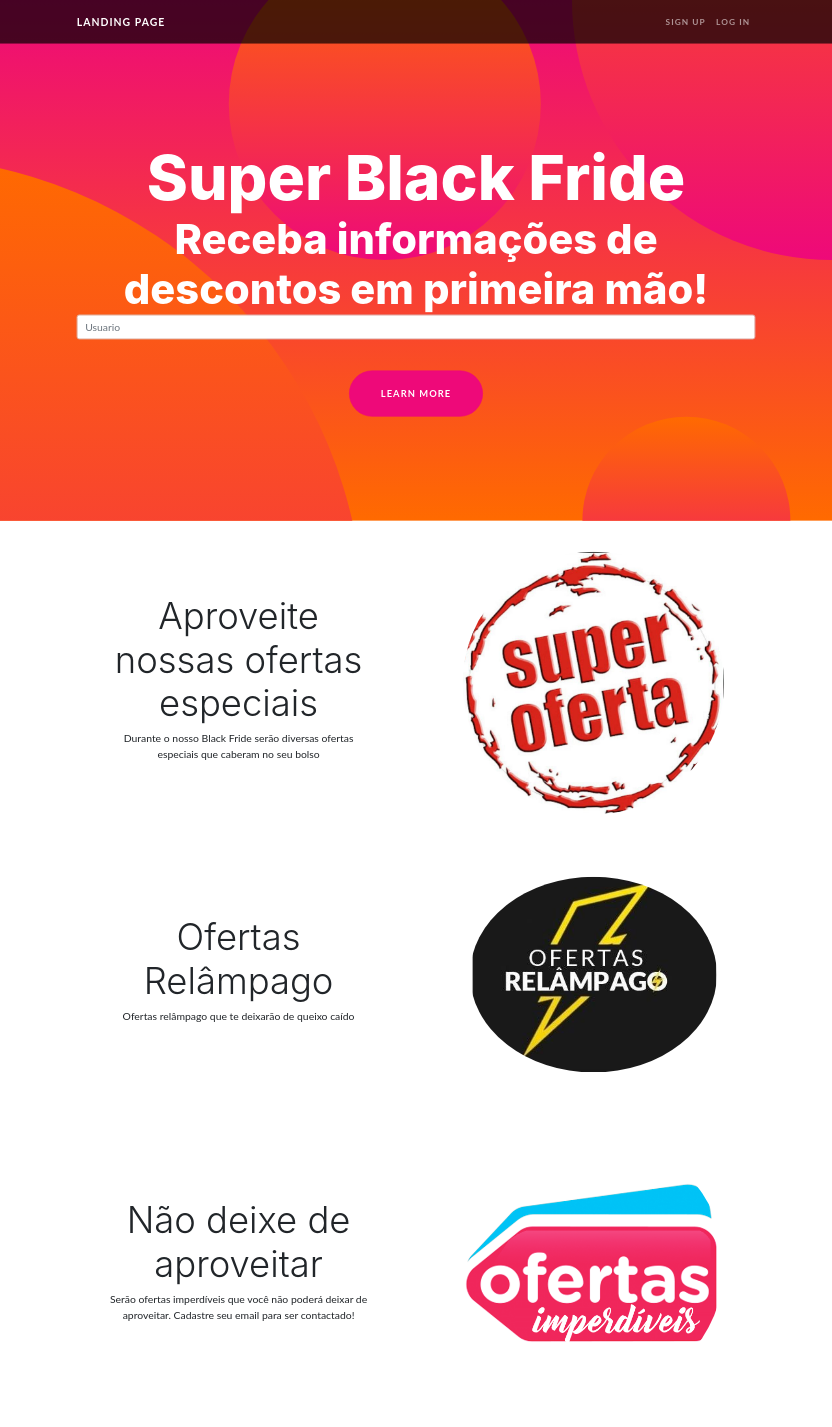
Repository: jrfalcao/landing-page
Page: /
An editor plug-in stored every save of this project. The page is shown before and after the next save, followed by the edit.
The browser window is 1280 px wide. The pictures show the whole page, at 65% of full size.
The project was rebuilt for these pictures with package versions that can differ from the ones it lists, and the page was loaded fresh each time.

Above is the page before, as saved 2021-07-18 17:09:28.

### src/App.js
import NavBar from './Components/NavBar';
import Header from './Components/Header';
import Promotion from './Components/Promotion';

import './assets/css/App.css';
import Image01 from './assets/img/super_oferta.jpg'
import Image02 from './assets/img/oferta_relampago.jpg'
import Image03 from './assets/img/ofertas_imperdiveis.png'


function App() {
  return (
    <div className="App">
      <NavBar />
      <Header />
      <Promotion
        imageDir={true}
        imgUrl={Image01}
        promoTitle="Aproveite nossas ofertas especiais"
        description="Durante o nosso Black Fride serão diversas ofertas especiais que caberam no seu bolso"
      />
      <Promotion
        imageDir={true}
        imgUrl={Image02}
        promoTitle="Ofertas Relâmpago"
        description="Ofertas relâmpago que te deixarão de queixo caído"
      />
      <Promotion
        imageDir={true}
        imgUrl={Image03}
        promoTitle="Não deixe de aproveitar"
        description="Serão ofertas imperdíveis que você não poderá deixar de aproveitar. Cadastre seu email para ser contactado!"
      />
    </div>
  );
}

export default App;

### src/Components/NavBar.js
export default function NavBar() {
	return (
		<nav className="navbar navbar-expand-lg navbar-dark navbar-custom fixed-top">
			<div className="container px-5">
				<a className="navbar-brand" href="#page-top">Landing Page</a>
				<button className="navbar-toggler" type="button" data-bs-toggle="collapse" data-bs-target="#navbarResponsive" aria-controls="navbarResponsive" aria-expanded="false" aria-label="Toggle navigation"><span class="navbar-toggler-icon"></span></button>
				<div className="collapse navbar-collapse" id="navbarResponsive">
					<ul className="navbar-nav ms-auto">
						<li className="nav-item"><a class="nav-link" href="#!">Sign Up</a></li>
						<li className="nav-item"><a class="nav-link" href="#!">Log In</a></li>
					</ul>
				</div>
			</div>
		</nav>
	);
}

### src/Components/Header.js
import React, {useState} from 'react';

export default function Header() {
	const [ email, setEmail ] = useState('');

	return (
		<header className="masthead text-center text-white">
			<div className="masthead-content">
				<div className="container px-5">
					<h1 className="masthead-heading mb-0">Super Black Fride</h1>
					<h3 className="masthead-subheading mb-0">Receba informações de descontos em primeira mão!</h3>
					<input className="form-control" value={email} placeholder="Usuario" onChange={ e => setEmail(e.target.value)} />
					<a className="btn btn-primary btn-xl rounded-pill mt-5" href="#scroll">Learn More</a>
				</div>
			</div>
			<div className="bg-circle-1 bg-circle"></div>
			<div className="bg-circle-2 bg-circle"></div>
			<div className="bg-circle-3 bg-circle"></div>
			<div className="bg-circle-4 bg-circle"></div>
		</header>
	);
}

### src/Components/Promotion.js
import React from 'react';

export default function Promotion(props) {
	return (
		<section id="scroll">
			<div className="container px-5">
				<div className="row gx-5 align-items-center">
					<div className={props.imageDir ? "col-lg-6 order-lg-2" : 'col-lg-6'}>
						<div className="p-5"><img class="img-fluid rounded-circle" src={props.imgUrl} alt={props.promoTitle} /></div>
					</div>
					<div className={props.imageDir ? "col-lg-6 order-lg-1" : 'col-lg-6'}>
						<div className="p-5">
							<h2 className="display-4">{props.promoTitle}</h2>
							<p>{props.description}</p>
						</div>
					</div>
				</div>
			</div>
		</section>
	);
}

Loaded but not shown: public/index.html (common file); src/index.js (common file); src/index.css (library); src/reportWebVitals.js (common file); src/assets/css/App.css (common file)

After the next save:
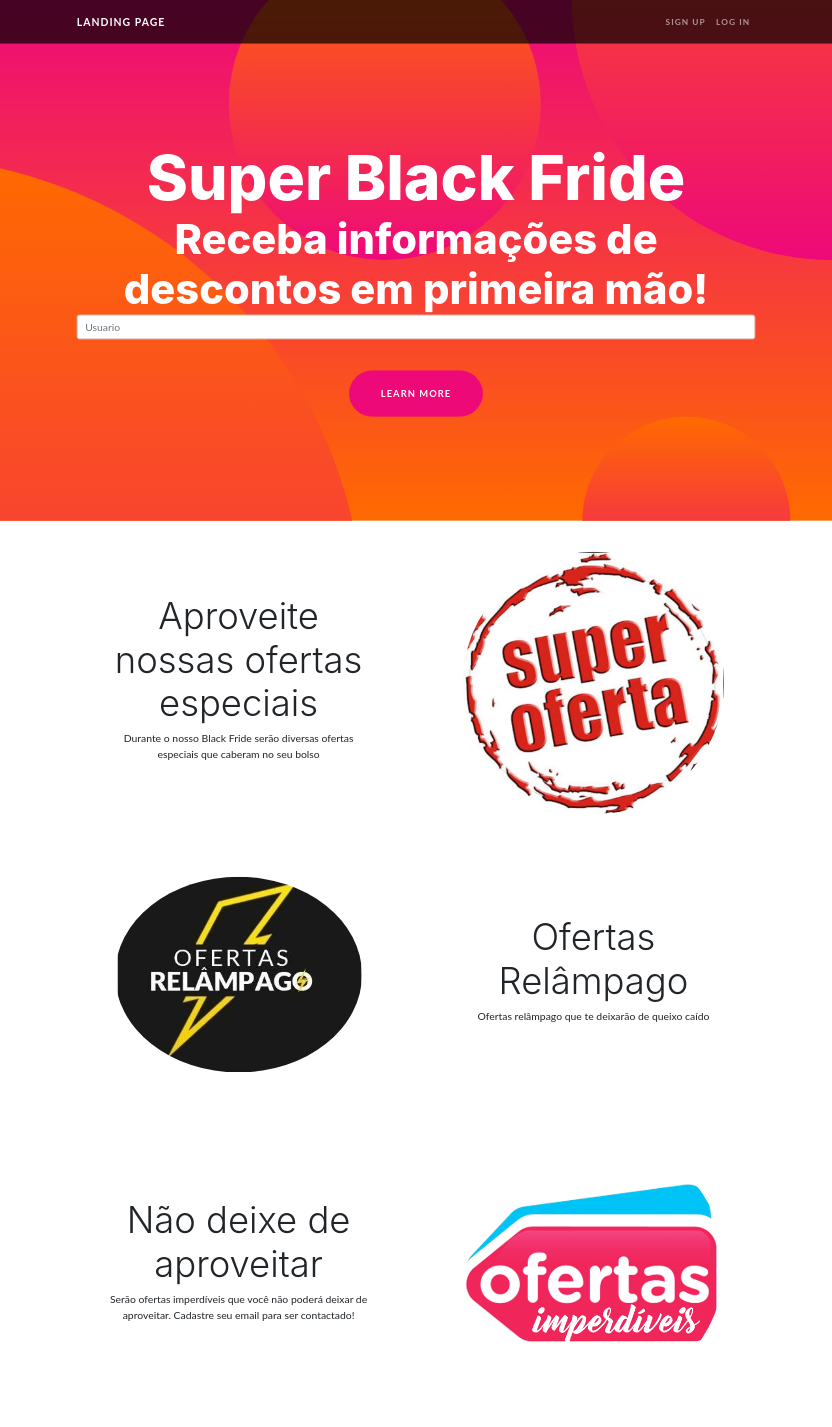
Saved 18 s later.
--- a/src/App.js
+++ b/src/App.js
@@ -20,7 +20,7 @@ function App() {
         description="Durante o nosso Black Fride serão diversas ofertas especiais que caberam no seu bolso"
       />
       <Promotion
-        imageDir={true}
+        imageDir={false}
         imgUrl={Image02}
         promoTitle="Ofertas Relâmpago"
         description="Ofertas relâmpago que te deixarão de queixo caído"
